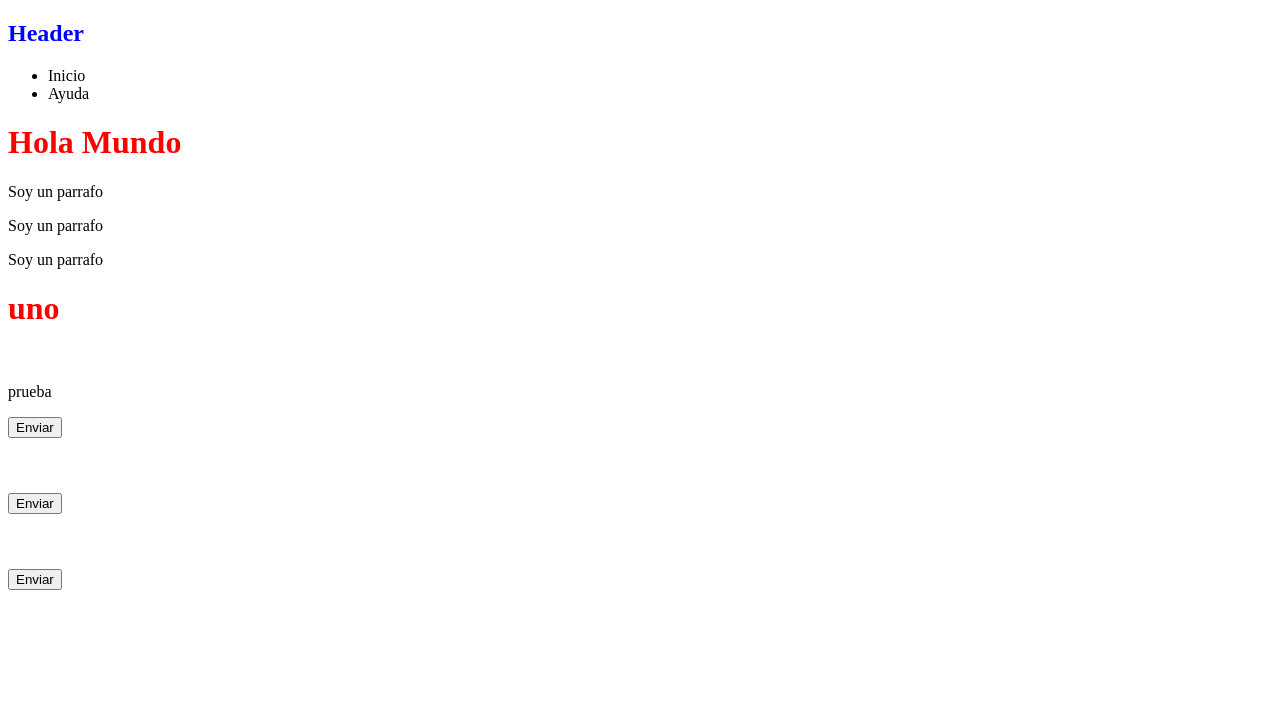
Repository: Klauditha/desafio_modulo_react
Page: / (app in 01_Introduccion/ClasePrincipal/)
The author's editor kept a copy of each file at every save. The page is drawn from the files as they stood at one save, then again after the next save.
The browser window is 1280 px wide. The pictures show the whole page.
Pictures or frames that could not be fetched are drawn as grey boxes. The project was rebuilt for these pictures with package versions that can differ from the ones it lists, and the page was loaded fresh each time. Also part of the build but not shown: 01_Introduccion/ClasePrincipal/vite.config.js, 01_Introduccion/ClasePrincipal/src/index.css.

Above is the page before, as saved 2023-09-07 23:52:54.

### 01_Introduccion/ClasePrincipal/src/App.jsx
import "./App.css";
import { Card } from "./components/Card";
import Header from "./components/Header";

const App = () => {
  return (
    //Uso de Fragment <>
    <>
      <Header />
      <h1>Hola Mundo</h1>
      <p>Soy un parrafo</p>
      <p>Soy un parrafo</p>
      <p>Soy un parrafo</p>
      <div className="container">
      <Card titulo="uno" imagen="" texto="prueba"/>
      <Card/>
      <Card/>
      </div>

    </>
  );
};

export default App;

### 01_Introduccion/ClasePrincipal/src/App.css
h1{
  color:red;
}

h2{
  color:blue
}

### 01_Introduccion/ClasePrincipal/src/components/Card.jsx
/* eslint-disable react/prop-types */
export const Card = (props) => {
  return (
    <>
    <h1>{props.titulo}</h1>
    <img src={props.imagen}/>
    <p>{props.texto}</p>
    <button>Enviar</button>
    </>
  )
}

### 01_Introduccion/ClasePrincipal/src/components/Header.jsx
import Enlaces from "./Enlaces";

const Header = () => {
  return (
    <>
      <h2>Header</h2>
      <Enlaces/>
    </>
  );
};

export default Header;

### 01_Introduccion/ClasePrincipal/src/components/Enlaces.jsx
export const Enlaces = () => {
  return (
    <div>
      <ul>
        <li>Inicio</li>
        <li>Ayuda</li>
      </ul>
    </div>
  );
};

export default Enlaces;

Loaded but not shown: 01_Introduccion/ClasePrincipal/index.html (common file); 01_Introduccion/ClasePrincipal/src/main.jsx (common file)

After the next save:
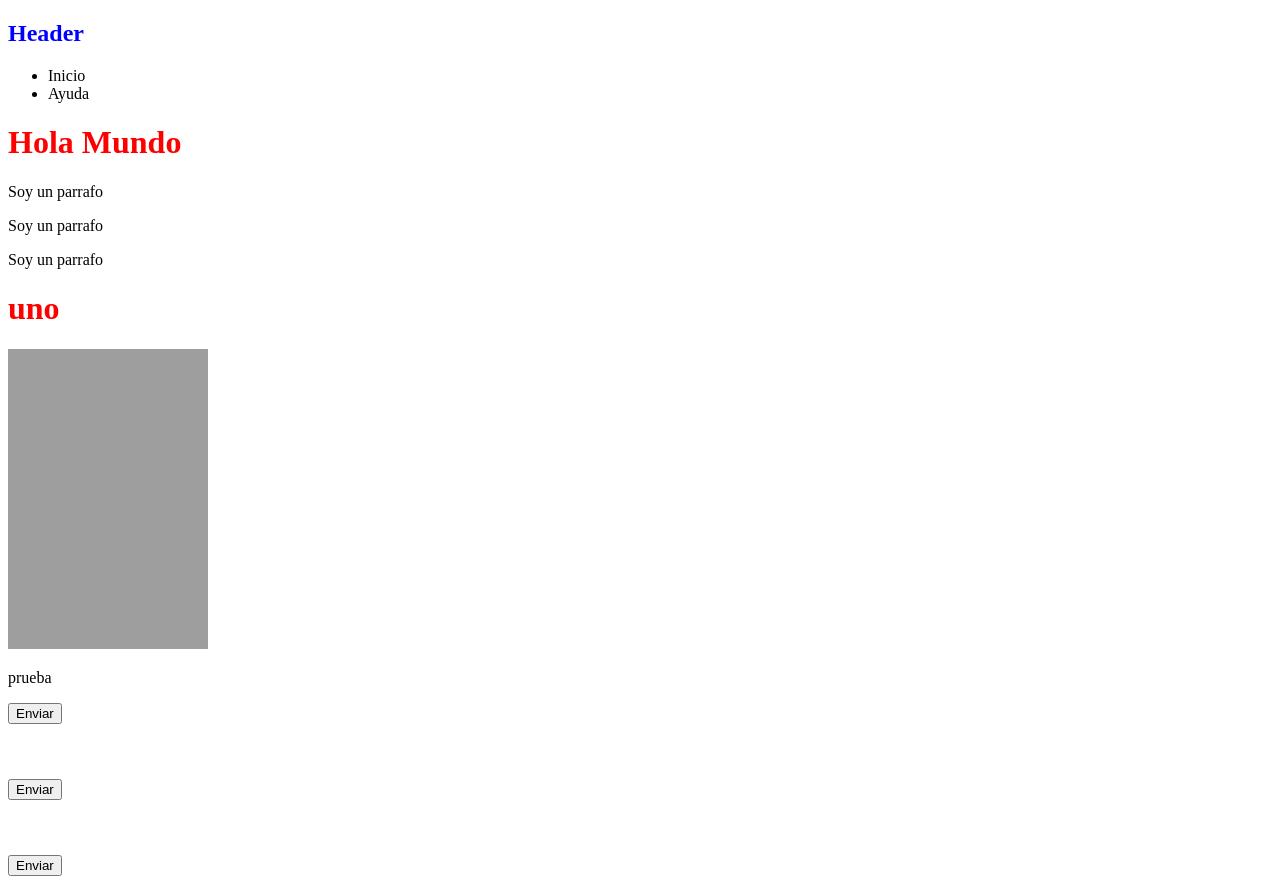
Saved 34 s later.
--- a/01_Introduccion/ClasePrincipal/src/App.jsx
+++ b/01_Introduccion/ClasePrincipal/src/App.jsx
@@ -12,7 +12,7 @@ const App = () => {
       <p>Soy un parrafo</p>
       <p>Soy un parrafo</p>
       <div className="container">
-      <Card titulo="uno" imagen="" texto="prueba"/>
+      <Card titulo="uno" imagen="https://picsum.photos/200/300" texto="prueba"/>
       <Card/>
       <Card/>
       </div>
